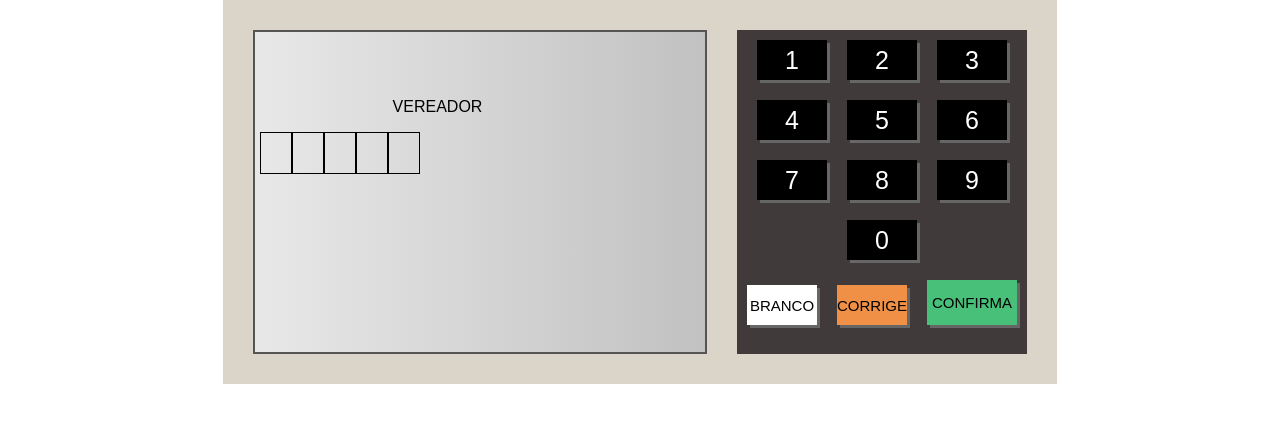
Repository: ThiagoIturra/urnaJs
Page: index.html
The author's editor kept a copy of each file at every save. The page is drawn from the files as they stood at one save, then again after the next save.
The browser window is 1280 px wide. The pictures show the whole page.
After loading, the first visible `div.button--branco` was clicked once.

Above is the page before, as saved 2022-01-07 12:25:52.

### index.html
<!DOCTYPE html>
<html lang="pt-BR">
<header>
    <meta charset="UTF-8" />
    <meta name="viewport" content="width=device-width, initial-scale=1.0">
    <link rel="stylesheet" href="style.css">
    <title>Urna Eletrônica</title>
</header>
<body>
    <div class="urna">
        <div class="screen">
            <div class="division">
                <div class="division-left">
                    <div class="d1">
                        <span>SEU VOTO PARA</span>
                    </div>
                    <div class="d1-2">
                        <span>VEREADOR</span>
                    </div>
                    <div class="d1-3">
                        <div class="numbers blink"></div>
                        <div class="numbers"></div>
                    </div>
                    <div class="d1-4">
                        Nome: fulanno<br/>
                        partido: ronaldo<br/>
                        vice-president: ronaldinho
                    </div>
                </div>
                <div class="division-right">
                    <div class="division-right-image">
                        <img src="images/17.png" alt="">
                        Prefeito
                    </div>
                    <div class="division-right-image small">
                        <img src="images/17_2.jpg" alt="">
                        vice-Prefeito
                    </div>
                </div>
            </div>
            <div class="division-2">
                Aperte a tela:<br/>
                CONFIRMA para Confirma este voto<br/>
                CORRIGE para Reiniciar este voto
            </div>
        </div>
        <div class="keyboard">
            <div class="keyboard--line">
                <div class="keyboard--button" onclick="clicou('1')">1</div>
                <div class="keyboard--button" onclick="clicou('2')">2</div>
                <div class="keyboard--button" onclick="clicou('3')">3</div>
            </div>
            <div class="keyboard--line">
                <div class="keyboard--button" onclick="clicou('4')">4</div>
                <div class="keyboard--button" onclick="clicou('5')">5</div>
                <div class="keyboard--button" onclick="clicou('6')">6</div>
            </div>
            <div class="keyboard--line">
                <div class="keyboard--button" onclick="clicou('7')">7</div>
                <div class="keyboard--button" onclick="clicou('8')">8</div>
                <div class="keyboard--button" onclick="clicou('9')">9</div>
            </div>
            <div class="keyboard--line">
                <div class="keyboard--button" onclick="clicou('0')">0</div>
            </div>
            <div class="keyboard--line">
                <div class="keyboard--button button--branco" onclick="branco()">BRANCO</div>
                <div class="keyboard--button button--corrige" onclick="corrige()">CORRIGE</div>
                <div class="keyboard--button button--confirma" onclick="confirma()">CONFIRMA</div>
            </div>
        </div>
    </div>
    <script src="stages.js"></script>
    <script src="script.js"></script>
</body>
</html>

### style.css
@keyframes blink {
    0% { opacity: 0.2; }
    50% { opacity: 1; }
    100% { opacity: 0.2; }
}

body {
    margin: 0;
    display: flex;
    justify-content: center;
    align-items: center;
    font-family: Arial, Helvetica, sans-serif;
}

.urna {
    background-color: #dbd5c9;
    padding: 30px;
    display: flex;
}

.screen {
    width: 450px;
    height: 320px;
    background: linear-gradient(to right, #e8e8e8, #c1c1c1);
    border: 2px solid #555;
    display: flex;
    flex-direction: column;
}

.keyboard {
    background-color: #403A3A;
    margin-left: 30px;
}

.keyboard--line {
    display: flex;
    justify-content: center;
    align-items: flex-end;
}

.keyboard--button {
    width: 70px;
    height: 40px;
    background-color: #000;
    color: #fff;
    font-size: 25px;
    display: flex;
    justify-content: center;
    align-items: center;
    margin: 10px;
    cursor: pointer;
    box-shadow: 3px 3px 0px #666;
}

.button--branco {
    background-color: #fff;
    color: #000;
    font-size: 15px;
    cursor: pointer;
}

.button--corrige {
    background-color: #f09046;
    color: #000;
    font-size: 15px;
    cursor: pointer;
}

.button--confirma {
    background-color: #48c079;
    color: #000;
    font-size: 15px;
    cursor: pointer;
    width: 90px;
    height: 45px;
}

.division {
    display: flex;
    flex: 1;

}

.division-left{
    flex: 1;
    display: flex;
    flex-direction: column;
    padding-left: 5px;
}

.d1 {
    height: 50px;
    display: flex;
    align-items: center;
}

.d1-2 {
    height: 50px;
    display: flex;
    align-items: center;
    justify-content: center;
}

.d1-3 {
    height: 50px;

}

.numbers {
    display: inline-block;
    width: 30px;
    height: 40px;
    border: 1px solid #000;
    text-align: center;
    line-height: 40px;
    font-size: 25px;
}

.blink {
    animation-name: blink;
    animation-duration: 1s;
    animation-iteration-count: infinite;
}

.d1-4 {
    flex: 1;
    line-height: 30px;
}

.division-right {
    width: 90px;
    display: flex;
    flex-direction: column;
    align-items: flex-end;
}

.division-right-image {
    border: 1px solid #000;
    background-color: #fff;
    text-align: center;
    font-size: 14px;
}

.division-right-image img {
    width: 100%;
}

.division-right-image.small {
    width: 80%;
    font-size: 12px;
}

.division-2 {
    height: 50px;
    font-size: 13px;
    border-top: 2px solid #000;
    padding-left: 5px;
}

.notification--large {
    font-size: 40px;
    font-weight: bold;
}

### stages.js
//array em .json
let stages = [
    {
        heading: 'VEREADOR',
        numbers: 5,
        candidates: [
            {
              number: '42051',
              name: 'Stan Marsh',
              party: 'PDV',
              photo:  [
                  {url:'42051.jpg', subtitle: 'Vereador', small: false}
              ]
            },
            {
                number: '66691',
                name: 'Randy Marsh',
                party: 'PDP',
                photo: [
                    {url:'66691.jpg', subtitle: 'Vereador'}
                ]
            },
        ]

    },
    {
        heading: 'Prefeito',
        numbers: 2,
        candidates: [
            {
                number: '17',
                name: 'Eric Cartman',
                party: 'PAJ',
                vice: 'Butters Stotch',
                photo: [
                    {url:'17.jpg', subtitle: 'Prefeito'},
                    {url:'17_2.jpg', subtitle: 'Vice-Prefeito', small: true}
                ]
            },
            {
                number: '13',
                name: 'Kenny McCormik',
                party: 'PRDP',
                vice: 'Kyle Broflovski',
                photo: [
                    {url:'13.jpg', subtitle: 'Prefeito'},
                    {url:'13_2.jpg', subtitle: 'Vice-Prefeito', small: true}
                ]
            },
        ]

    }
];

### script.js
//controle de interface
let yourVoteFor = document.querySelector('.d1 span');
let office = document.querySelector('.d1-2 span');
let description = document.querySelector('.d1-4');
let notification = document.querySelector('.division-2');
let side = document.querySelector('.division-right');
let digits = document.querySelector('.d1-3');

//controle de ambiente
let currentStage = 0;
let number = '';
let white = false;

function showStage() {
    let stage = stages[currentStage];

    let digitsHTML = '';
    number = '';
    white = false;

    for(let i=0;i<stage.numbers;i++) {
        if (i === 0) {
            digitsHTML += '<div class="numbers blink"></div>';
        }else {
            digitsHTML += '<div class="numbers"></div>';
        }
    }

    yourVoteFor.style.display = 'none';
    office.innerHTML = stage.heading;
    description.innerHTML = '';
    notification.style.display = 'none';
    side.innerHTML = '';
    digits.innerHTML = digitsHTML;
}

function updateInterface() {
    let stage = stages[currentStage];
    let candidate = stage.candidates.filter((item)=>{
        if(item.number === number) {
            return true;
        }else {
            return false;
        }
    });
    if (candidate.length > 0) {
        candidate = candidate[0];
        yourVoteFor.style.display = 'block';
        notification.style.display = 'block';
        description.innerHTML = `Nome: ${candidate.name}<br/>Partido: ${candidate.party}`;

        let photoHTML = '';
        for (let i in candidate.photo) {
            photoHTML += `<div class="division-right-image"><img src="images/${candidate.photo[i].url}" alt="">${candidate.photo[i].subtitle}</div>`;
        }

        side.innerHTML = photoHTML;
    }else {
        yourVoteFor.style.display = 'block';
        notification.style.display = 'block';
        description.innerHTML = '<div class="notification--large">VOTO NULO</div>';
    }

    console.log("Candidato", candidate);
}

function clicou(n) {
    let elNumber = document.querySelector('.numbers.blink');
    if(elNumber !== null) {
        elNumber.innerHTML = n;
        number = `${number}${n}`;

        elNumber.classList.remove('blink');
        if(elNumber.nextElementSibling !==null) {
            elNumber.nextElementSibling.classList.add('blink');
        }else {
            updateInterface();
        }
    }
}

function branco() {
    if(number === '') {
        white = true;
    }
}

function corrige() {
    showStage()
}

function confirma() {
    alert("Clicou em Confirma!");
}

showStage();

After the next save:
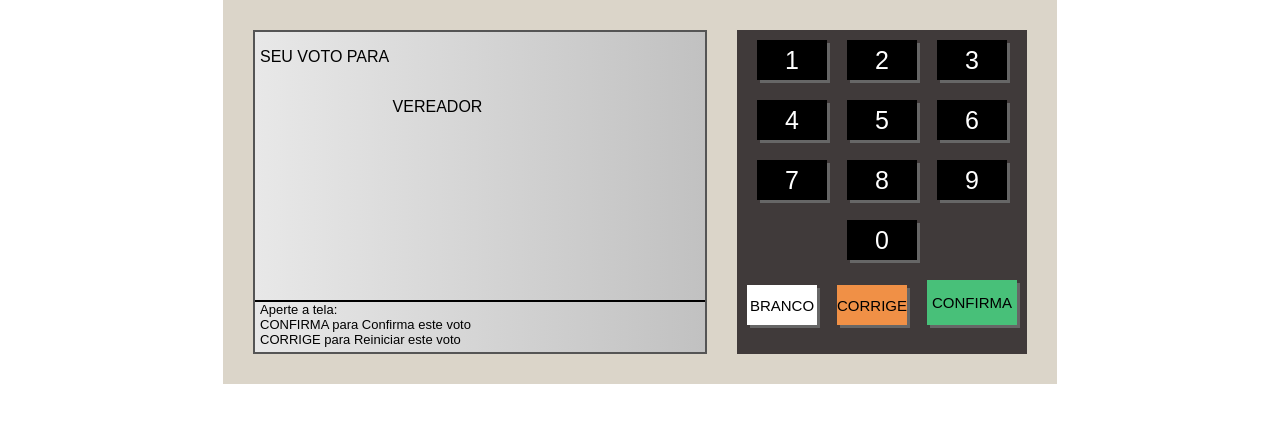
Saved 75 s later.
--- a/script.js
+++ b/script.js
@@ -82,6 +82,9 @@ function clicou(n) {
 function branco() {
     if(number === '') {
         white = true;
+        yourVoteFor.style.display = 'block';
+        notification.style.display = 'block';
+        digits.innerHTML = '';
     }
 }
 
